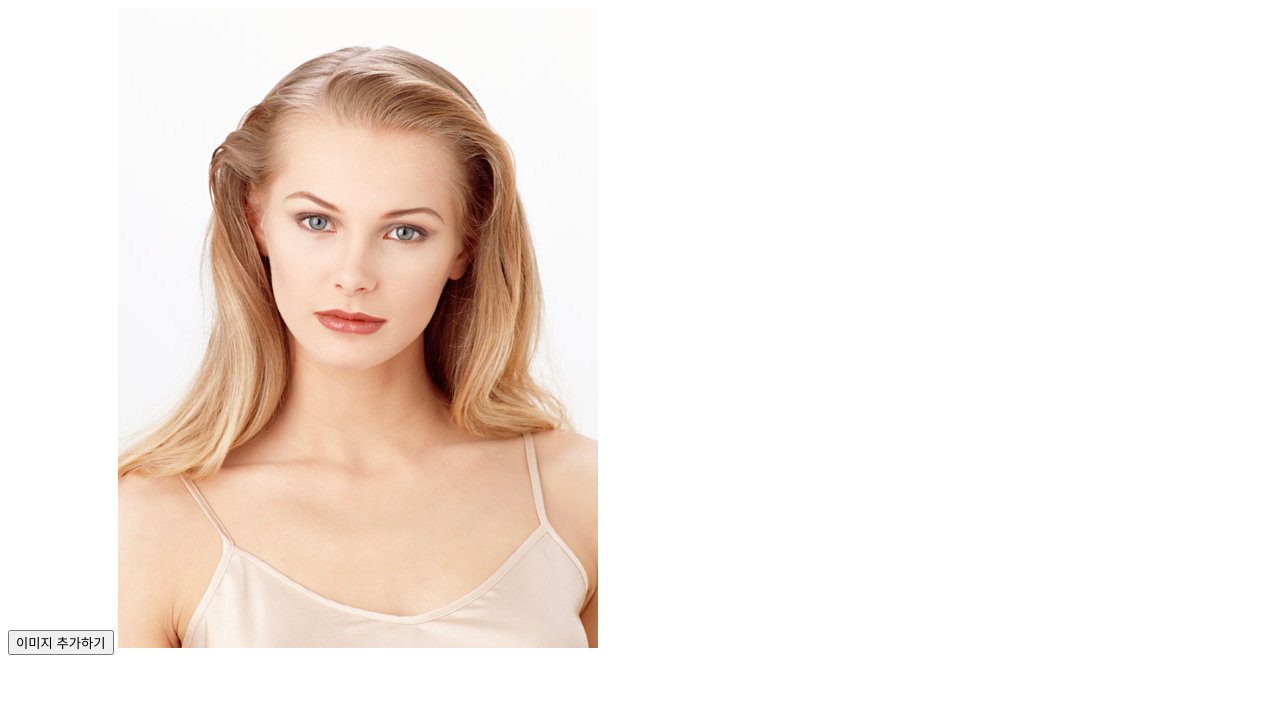
Repository: taeeun2/java_web
Page: webapp/WebContent/lecture/book/jQuery4.html
An editor plug-in stored every save of this project. The page is shown before and after the next save, followed by the edit.
The browser window is 1280 px wide. The pictures show the whole page.

Above is the page before, as saved 2021-09-30 08:06:45.

### webapp/WebContent/lecture/book/jQuery4.html
<!DOCTYPE html>
<html>
<head>
<meta charset="EUC-KR">
<title>Insert title here</title>
<script src = "http://code.jquery.com/jquery-latest.min.js"></script>
<script type="text/javascript">
	function addImage(){
		$("div").html("<img src = '../../Shopingmall/images/model.jpg'>");
	}
</script>
</head>
<body>
<div></div>
<input type = "button" value = "이미지 추가하기" onclick = "addImage()"/>
<img src = '../../Shopingmall/images/model.jpg'>
</body>
</html>

After the next save:
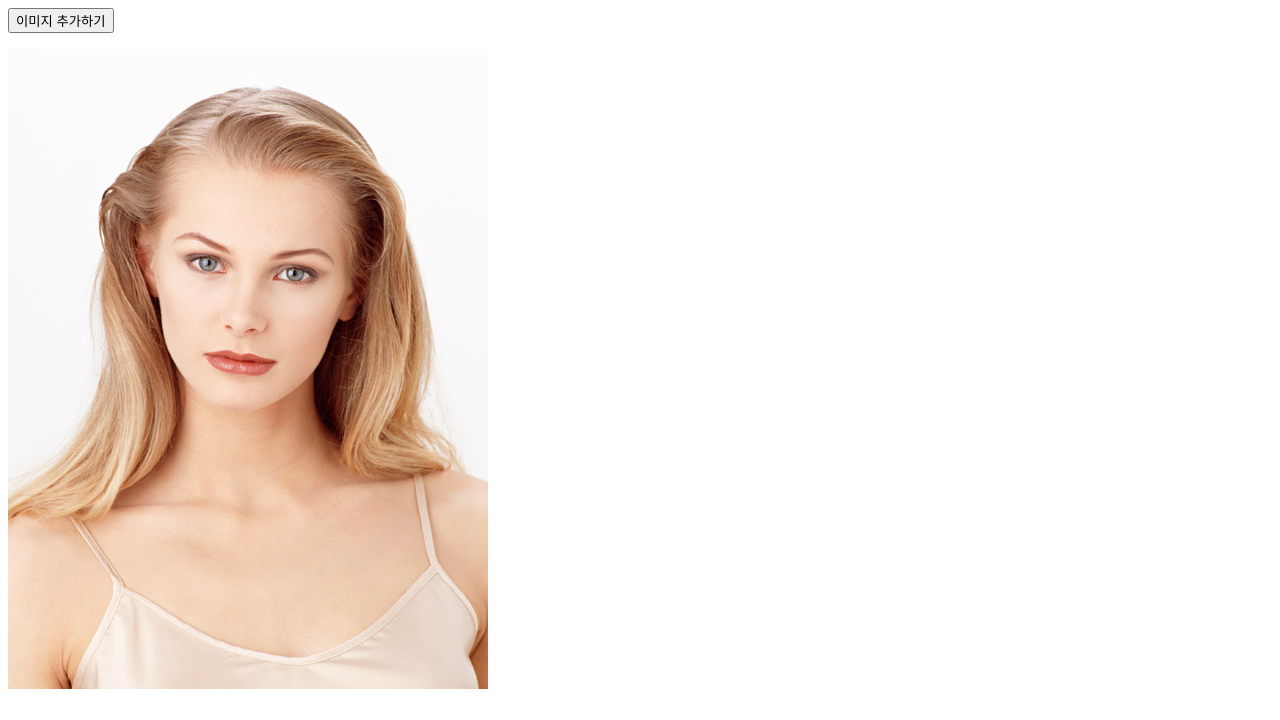
Saved 2 min 56 s later.
--- a/webapp/WebContent/lecture/book/jQuery4.html
+++ b/webapp/WebContent/lecture/book/jQuery4.html
@@ -13,6 +13,6 @@
 <body>
 <div></div>
 <input type = "button" value = "이미지 추가하기" onclick = "addImage()"/>
-<img src = '../../Shopingmall/images/model.jpg'>
+<p><img src = '../../Shopingmall/images/model.jpg'></p>
 </body>
 </html>
